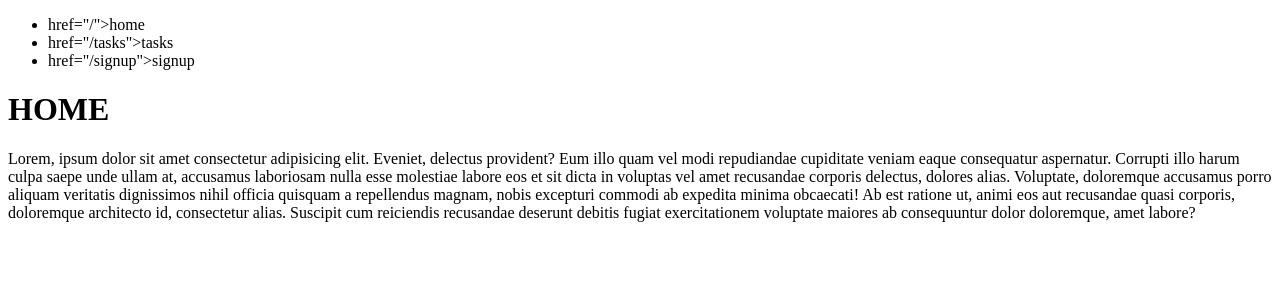
Repository: Andres250602/auth.django
Page: http://localhost/
The author's editor kept a copy of each file at every save. The page is drawn from the files as they stood at one save, then again after the next save.
The browser window is 1280 px wide. The pictures show the whole page.
The page is served by the project's application, run on Django 5.2 (manage.py).

Above is the page before, as saved 2024-04-11 09:15:33.

After the next save:
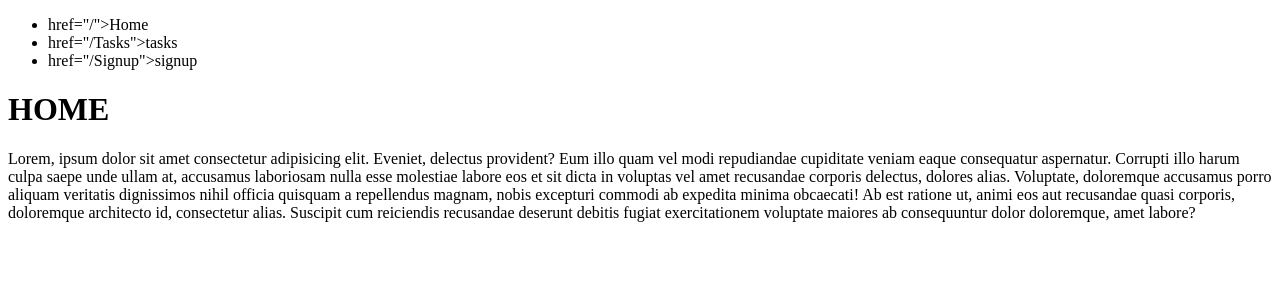
Saved 94 s later.
--- a/myapp/templates/base.html
+++ b/myapp/templates/base.html
@@ -9,13 +9,13 @@
     <nav>
         <ul>
             <li>
-                <a> href="/">home</a>
+                <a> href="/">Home</a>
             </li>
             <li>
-                <a> href="/tasks">tasks</a>
+                <a> href="/Tasks">tasks</a>
             </li>
             <li>
-                <a> href="/signup">signup</a>
+                <a> href="/Signup">signup</a>
             </li>
         </ul>
     </nav>
